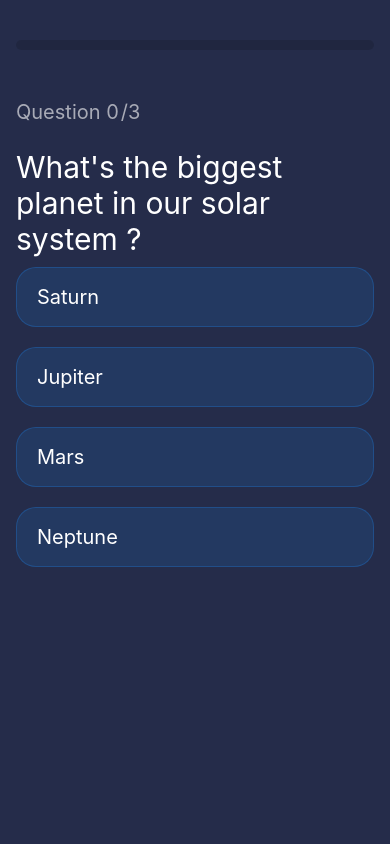
Repository: ds-mbappe/Quiz
Screen: /
The author's editor kept a copy of each file at every save. The screen is drawn from the files as they stood at one save, then again after the next save.
The app was drawn by React Native's web renderer in a window 390 px wide. The project was rebuilt for these pictures with package versions that can differ from the ones it lists, and the page was loaded fresh each time.

Above is the screen before, as saved 2022-05-29 00:00:33.

### App.js
import React from 'react'
import { SafeAreaView, StyleSheet, Text } from 'react-native';
import { Quiz } from './screens';

const App = () => {
  return (
    <Quiz />
  )
}

export default App

const styles = StyleSheet.create({})

### screens/index.js
import Quiz from "./Quiz";

export {
    Quiz
}

### screens/Quiz.js
import React, { useState } from 'react'
import { SafeAreaView, StatusBar, StyleSheet, Text, TouchableOpacity, View, Animated, Modal } from 'react-native'
import { COLORS, SIZES } from '../constants';
import data from '../data/QuizData';
import MaterialCommunityIcons from 'react-native-vector-icons/MaterialCommunityIcons';

const Quiz = () => {

  const allQuestions = data;
  const [currentQuestionIndex, setCurrentQuestionIndex] = useState(0)
  const [currentOptionSelected, setCurrentOptionSelected] = useState(null);
  const [correctOption, setCorrectOption] = useState(null);
  const [isOptionDisabled, setIsOptionDisabled] = useState(false);
  const [score, setScore] = useState(0);
  const [showNextbutton, setShowNextButton] = useState(false);
  const [showScoreModal, setShowScoreModal] = useState(false);
  const [progress, setProgress] = useState(new Animated.Value(0));
  const progressAnim = progress.interpolate({
    inputRange: [0, allQuestions.length],
    outputRange: ['0%', '100%']
  });

  const validateAnswer = (selectedOption) => {
    let correct_option = allQuestions[currentQuestionIndex]['correct_option'];
    setCurrentOptionSelected(selectedOption);
    setCorrectOption(correct_option);
    setIsOptionDisabled(true);
    if(selectedOption == correct_option) {
      setScore(score + 1);
    }

    // Show Next Button
    setShowNextButton(true);
  }

  const handleNext = () => {
    if (currentQuestionIndex == allQuestions.length - 1) {
      setShowScoreModal(true);
    }
    else {
      setCurrentQuestionIndex(currentQuestionIndex + 1);
      setCurrentOptionSelected(null);
      setCorrectOption(null);
      setIsOptionDisabled(false);
      setShowNextButton(false);
    }
    Animated.timing(progress, {
      toValue: currentQuestionIndex + 1,
      duration: 1000,
      useNativeDriver: false
    }).start();
  }

  const restartQuiz = () => {
    setShowScoreModal(false);
    setCurrentQuestionIndex(0);
    setScore(0);
    setCurrentOptionSelected(null);
    setCorrectOption(null);
    setIsOptionDisabled(false);
    setShowNextButton(false);
    Animated.timing(progress, {
      toValue: 0,
      duration: 1000,
      useNativeDriver: false
    }).start();
  }

  const renderQuestion = () => {
    return (
      <View>
        {/* Question Counter */}
        <View style={styles.questions}>
          <Text style={{color: COLORS.white, fontSize: 20, opacity: 0.6, marginRight: 2}}>{"Question " + currentQuestionIndex}</Text>
          <Text style={{color: COLORS.white, fontSize: 20, opacity: 0.6}}>/{allQuestions.length}</Text>
        </View>

        <View style={{height: 25}}>
        </View>

        {/* Question */}
        <Text style={{color: COLORS.white, fontSize: 30}}>{allQuestions[currentQuestionIndex]?.question}</Text>
      </View>
    )
  }

  const renderOptions = () => {
    return (
      <View>
        {
          allQuestions[currentQuestionIndex]?.options.map(option => (
            <TouchableOpacity
              onPress={() => validateAnswer(option)}
              disabled={isOptionDisabled}
              key={option}
              style={{
                borderWidth: 1,
                borderColor: option == correctOption
                  ? COLORS.success
                  : option == currentOptionSelected
                    ? COLORS.error
                    : COLORS.secondary + '40',
                backgroundColor: option == correctOption
                ? COLORS.success + '20'
                : option == currentOptionSelected
                  ? COLORS.error + '20'
                  : COLORS.secondary + '20',
                height: 60,
                borderRadius: 20,
                flexDirection: 'row',
                alignItems: 'center',
                justifyContent: 'space-between',
                paddingHorizontal: 20,
                marginVertical: 10
              }}>
              <Text style={{ fontSize: 20, color: COLORS.white }}>{option}</Text>

              {/* Show Check or Cross based on answer */}
              {
                option == correctOption ? (
                  <View style={{
                    width: 30,
                    height: 30,
                    borderRadius: 30 / 2,
                    backgroundColor: COLORS.success,
                    justifyContent: 'center',
                    alignItems: 'center'
                  }}>
                    <MaterialCommunityIcons name="check" style={{
                      color: COLORS.white,
                      fontSize: 20
                    }} />
                  </View>
                ) : option == currentOptionSelected ?(
                  <View style={{
                    width: 30,
                    height: 30,
                    borderRadius: 30 / 2,
                    backgroundColor: COLORS.error,
                    justifyContent: 'center',
                    alignItems: 'center'
                  }}>
                    <MaterialCommunityIcons name="close" style={{
                      color: COLORS.white,
                      fontSize: 20
                    }} />
                  </View>
                ) : null
              }
            </TouchableOpacity>
          ))
        }
      </View>
    )
  }

  const renderNextButton = () => {
    if (showNextbutton) {
      return (
        <TouchableOpacity
          onPress={handleNext}
          style={{ display: 'flex', justifyContent: 'center', flexDirection: 'row', marginTop: 20, width: '100%', backgroundColor: COLORS.accent, padding: 20, borderRadius: 20 }}
        >
          <Text style={{fontSize: 20, fontWeight: 'bold', color: COLORS.white, textAlign: 'center'}}>Next</Text>
          <MaterialCommunityIcons
            style={{ fontSize: 20, fontWeight: 'bold', color: COLORS.white, textAlign: 'center' }}
            name='chevron-right'
          />
        </TouchableOpacity>
      )
    }
    else {
      return null;
    }
  }

  const renderProgressBar = () => {
    return (
      <View style={{ width: '100%', height: 10, borderRadius: 20, backgroundColor: '#00000020' }}>
        <Animated.View style={[{height: 10, borderRadius: 20, backgroundColor: COLORS.accent}, {width: progressAnim}]}>

        </Animated.View>
      </View>
    )
  }

  return (
    <SafeAreaView style={styles.container}>
      <StatusBar barStyle='light-content' backgroundColor={COLORS.primary} />
      <View style={styles.mainView}>

        {/* ProgressBar */}
        {renderProgressBar()}

        {/* Question */}
        {renderQuestion()}

        {/* Options */}
        {renderOptions()}

        {/* Next Button */}
        {renderNextButton()}

        {/* Score Modal */}
        <Modal
          animationType='slide'
          transparent={true}
          visible={showScoreModal}
        >
          <View style={{ flex: 1, backgroundColor: COLORS.primary, alignItems: 'center', justifyContent: 'center' }}>
            <View style={{ backgroundColor: COLORS.white, width: '70%', borderRadius: 20, padding: 20, alignItems: 'center' }}>
              <Text style={{ fontSize: 30, fontWeight: 'bold' }}>{score > (allQuestions.length / 2) ? 'Congratulations!' : 'Oops!'}</Text>

              <View style={{ flexDirection: 'row', justifyContent: 'flex-start', alignItems: 'center', marginVertical: 20 }}>
                <Text style={{fontSize: 20, color: COLORS.black, fontWeight: 'bold'}}>Final Score   </Text>
                <Text style={{fontSize: 30, color: score > (allQuestions.length / 2) ? COLORS.success : COLORS.error}}>{score}</Text>
                <Text style={{fontSize: 20, color: COLORS.black}}>/{allQuestions.length}</Text>
              </View>
              {/* Restart Quiz */}
              <TouchableOpacity
                onPress={restartQuiz}
                style={{ backgroundColor: COLORS.accent, padding: 20, width: '100%', borderRadius: 20 }}>
                <Text style={{textAlign: 'center', fontWeight: 'bold', color: COLORS.white, fontSize: 20}}>Retry Quiz</Text>
              </TouchableOpacity>
            </View>
          </View>
        </Modal>

      </View>
    </SafeAreaView>
  )
}

export default Quiz

const styles = StyleSheet.create({
  container: {
    flex: 1,
    backgroundColor: COLORS.background
  },
  mainView: {
    flex: 1,
    paddingVertical: 40,
    paddingHorizontal: 16,
    backgroundColor: COLORS.background,
    position: 'relative',
  },
  questions: {
    flexDirection: 'row',
    alignItems: 'flex-end',
    marginTop: 50
  }
})

### data/QuizData.js
let data = [
    {
        question: "What's the biggest planet in our solar system ?",
        options: ["Saturn", "Jupiter", "Mars", "Neptune"],
        correct_option: "Jupiter"
    },
    {
        question: "Which animal can open his mouth the widest ?",
        options: ["Crocodile", "Lion", "Gorilla", "Hippo"],
        correct_option: "Hippo"
    },
    {
        question: "WHat is the largest animal on earth ?",
        options: ["The lion King", "The giraffe", "The blue whale", "The elephant"],
        correct_option: "The blue whale"
    },
    // {
    //     question: ,
    //     options: ,
    //     correct_option:
    // },
    // {
    //     question: ,
    //     options: ,
    //     correct_option:
    // }
]

export default data;

### constants/theme.js
import { Dimensions } from "react-native";
const { width, height } = Dimensions.get('window');

export const COLORS = {
    primary: "#252C4A",
    secondary: "#1E90FF",
    accent: "#3498DB",

    success: "#00C851",
    error: "#FF4444",

    black: "#171717",
    white: "#FFFFFF",
    background: "#252C4A"
}

export const SIZES = {
    base: 10,
    width,
    height
}

Loaded but not shown: constants/index.js (common file)

After the next save:
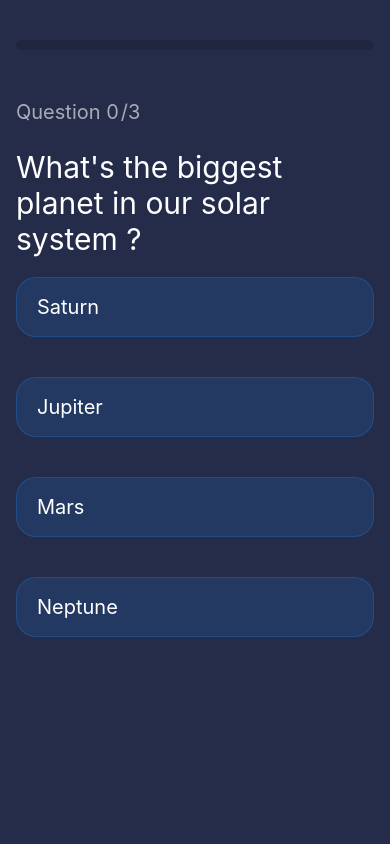
Saved 30 s later.
--- a/screens/Quiz.js
+++ b/screens/Quiz.js
@@ -111,7 +111,7 @@
                 alignItems: 'center',
                 justifyContent: 'space-between',
                 paddingHorizontal: 20,
-                marginVertical: 10
+                marginVertical: 20
               }}>
               <Text style={{ fontSize: 20, color: COLORS.white }}>{option}</Text>
 

After the save that followed:
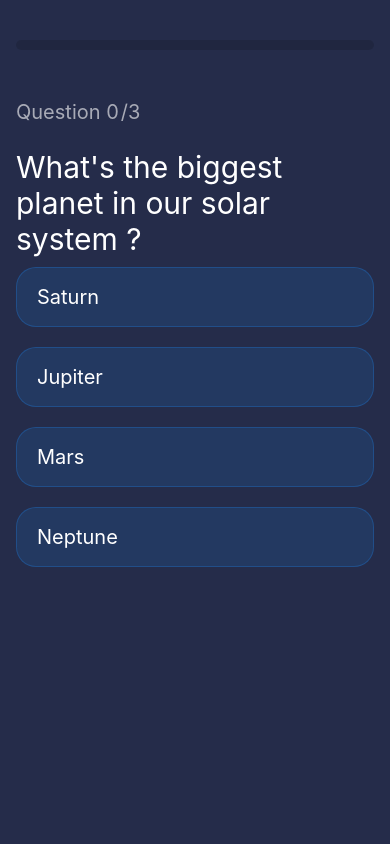
Saved 4 s later.
--- a/screens/Quiz.js
+++ b/screens/Quiz.js
@@ -111,7 +111,7 @@
                 alignItems: 'center',
                 justifyContent: 'space-between',
                 paddingHorizontal: 20,
-                marginVertical: 20
+                marginVertical: 10
               }}>
               <Text style={{ fontSize: 20, color: COLORS.white }}>{option}</Text>
 
